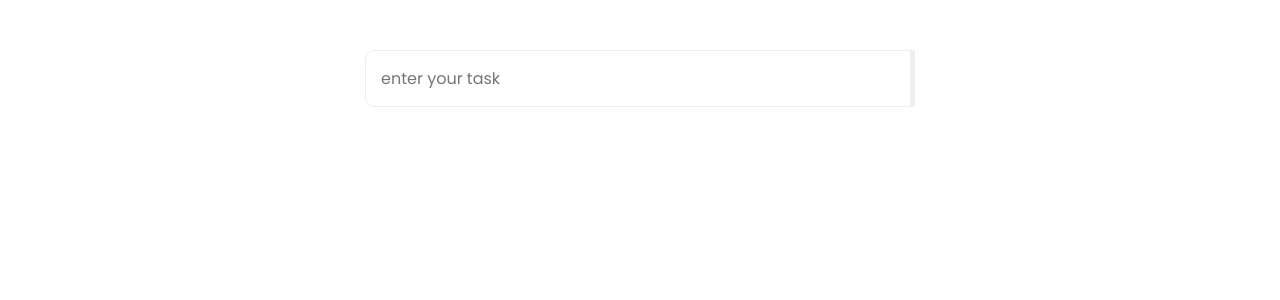
Repository: Kaii-Dev/js-course
Page: BAI-TAP/todolist/index.html
An editor plug-in stored every save of this project. The page is shown before and after a run of saves, followed by the edit.
The browser window is 1280 px wide. The pictures show the whole page.

Above is the page before, as saved 2021-12-22 19:46:44.

### BAI-TAP/todolist/index.html
<!DOCTYPE html>
<html lang="en">
<head>
   <meta charset="UTF-8">
   <meta http-equiv="X-UA-Compatible" content="IE=edge">
   <meta name="viewport" content="width=device-width, initial-scale=1.0">
   <title>to do list</title>
   <link rel="preconnect" href="https://fonts.gstatic.com" />
   <link
     href="https://fonts.googleapis.com/css2?family=Poppins:wght@400;600&display=swap"
     rel="stylesheet"
   />
   <link
     rel="stylesheet"
     href="https://cdnjs.cloudflare.com/ajax/libs/font-awesome/4.7.0/css/font-awesome.min.css"
     integrity="sha512-SfTiTlX6kk+qitfevl/7LibUOeJWlt9rbyDn92a1DqWOw9vWG2MFoays0sgObmWazO5BQPiFucnnEAjpAB+/Sw=="
     crossorigin="anonymous"
   />
   <style>
      html {
  box-sizing: border-box;
}
* {
  margin: 0;
  padding: 0;
}
*,
*:before,
*:after {
  box-sizing: border-box;
}
input,
textarea,
select,
button {
  outline: none;
}
input {
  line-height: normal;
}
label,
button {
  cursor: pointer;
}
a {
  text-decoration: none;
}
img {
  display: block;
  max-width: 100%;
}
*,
*:before,
*:after {
  box-sizing: border-box;
}
/* using rem unit */
html {
  font-size: 62.5%;
}
a {
  text-decoration: none;
}
img {
  display: block;
  max-width: 100%;
}
input,
button,
body {
  font-family: "Poppins", sans-serif;
  font-size: 16px;
  line-height: 1;
}
.todo {
  padding: 25px;
  margin: 25px auto;
  max-width: 600px;
}
.todo-form {
  width: 100%;
  display: flex;
}
.todo-submit {
  padding: 15px;
  border: 0;
  background-color: #2979ff;
  color: white;
  border-radius: 0 10px 10px 0;
  flex-shrink: 0;
}
.todo-input {
  width: 100%;
  border: 1px solid #eee;
  padding: 15px;
  border-radius: 10px 0 0 10px;
}
.todo-item {
  margin-top: 15px;
  display: flex;
  align-items: center;
  padding: 15px 0;
}
.todo-text {
  flex: 1;
  font-weight: 300;
  color: #333;
  display: inline-block;
  padding-right: 20px;
  white-space: nowrap;
  max-width: 100%;
  overflow: hidden;
  text-overflow: ellipsis;
  line-height: 1.4;
}
.todo-remove {
  flex-shrink: 0;
  width: 40px;
  height: 40px;
  background-color: #fc5776;
  color: white;
  border-radius: 4px;
  cursor: pointer;
  display: flex;
  justify-content: center;
  align-items: center;
}
   </style>
</head>
<body>
   <div class="todo">
      <div class="todo-form">
         <input type="text" placeholder="enter your task" class="todo-input">
         <button></button>
      </div>
   </div>
   <script src="./starter.js"></script>
</body>
</html>

Loaded but not shown: BAI-TAP/todolist/starter.js (no stored copy; drawn as an empty file)

After the next 2 saves:
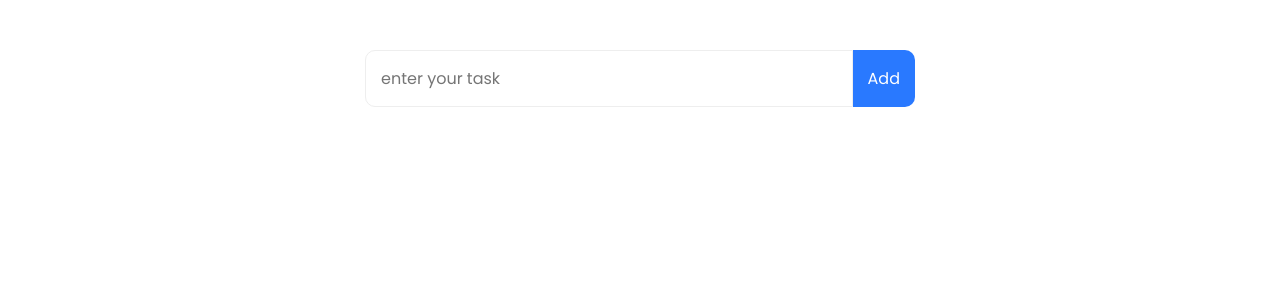
The 2 saves are shown as one change because they came seconds apart.
The last was saved 10 s later.
--- a/BAI-TAP/todolist/index.html
+++ b/BAI-TAP/todolist/index.html
@@ -131,7 +131,7 @@ body {
    <div class="todo">
       <div class="todo-form">
          <input type="text" placeholder="enter your task" class="todo-input">
-         <button></button>
+         <button class="todo-submit">Add</button>
       </div>
    </div>
    <script src="./starter.js"></script>
